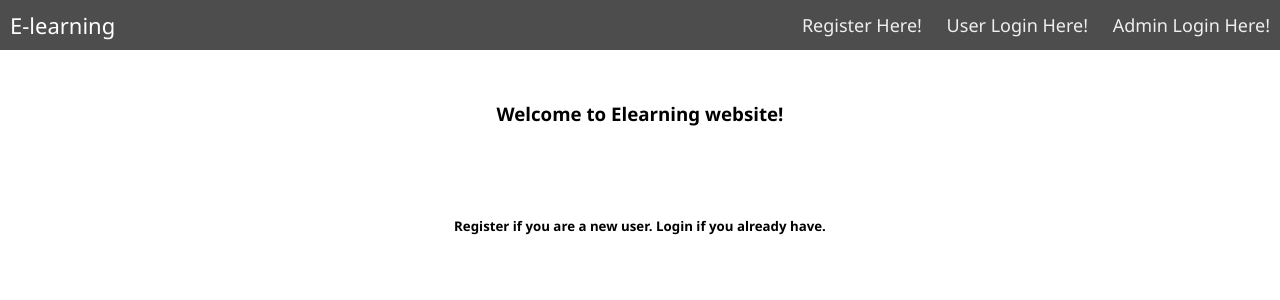
Repository: hemanthchallacs/learning_spring_boot
Page: http://localhost/welcome
The author's editor kept a copy of each file at every save. The page is drawn from the files as they stood at one save, then again after the next save.
The browser window is 1280 px wide. The pictures show the whole page.
The page is this project's Thymeleaf template; nobody is signed in. The template is opened directly, without the code that normally fills it, so the values that code supplies are empty.

Above is the page before, as saved 2021-07-12 16:17:50.

After the next save:
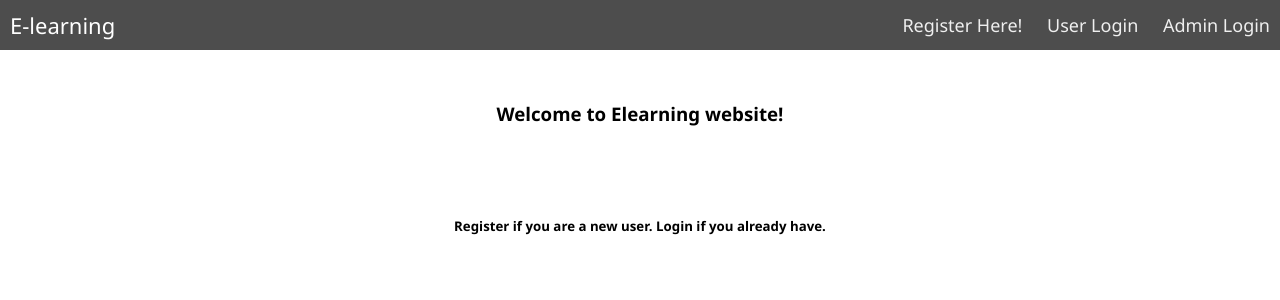
Saved 32 s later.
--- a/ver1_elearning/src/main/resources/templates/welcome.html
+++ b/ver1_elearning/src/main/resources/templates/welcome.html
@@ -120,8 +120,8 @@ body {
 
   <div class="nav-links">
    <a th:href=@{/RegistrationForm}>Register Here!</a>
-	<a th:href=@{/login}>User Login Here!</a>
-	<a th:href=@{/adminlogin}>Admin Login Here!</a>
+	<a th:href=@{/login}>User Login</a>
+	<a th:href=@{/adminlogin}>Admin Login</a>
 
   </div>
 </div>
